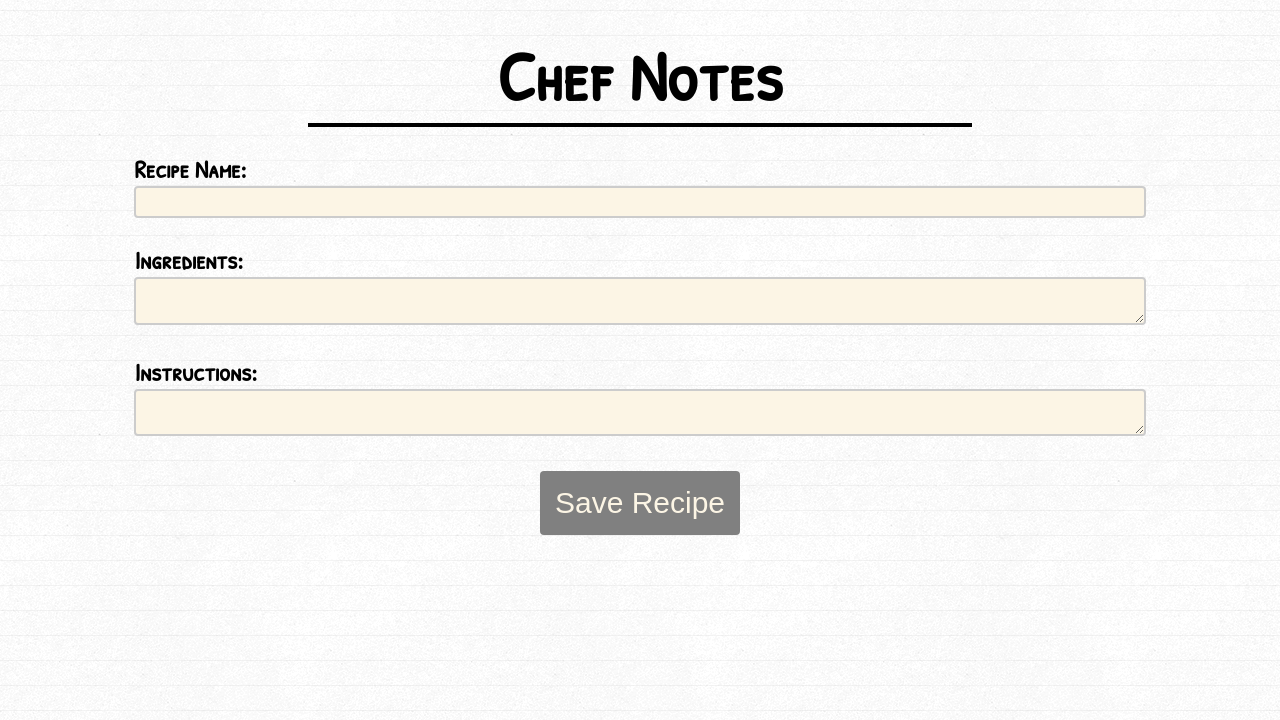
Repository: Chadloswald/RecipeSite
Page: index.html
An editor plug-in stored every save of this project. The page is shown before and after the next save, followed by the edit.
The browser window is 1280 px wide. The pictures show the whole page.

Above is the page before, as saved 2023-04-09 13:46:24.

### index.html
<!DOCTYPE html>
<html lang="en">
  <head>
    <meta charset="UTF-8">
    <title>ChefNotes</title>
    <style type="text/css">
      /* body {
      background-color: rgb(0,0,0);
      background-image: url(http://www.zingerbugimages.com/backgrounds/parchment_paper_wallpaper_texture_seamless.jpg);
      background-position: top left;
      background-repeat: repeat;
      background-attachment: fixed;
    } */
    </style>
    <link rel="stylesheet" href="style.css">
    <!-- <link rel="stylesheet" href="/bootstrap-5.3.0-alpha3-dist/bootstrap-5.3.0-alpha3-dist/css/bootstrap.min.css"> -->
  </head>
  <body>
    <h1>Chef Notes</h1>
    <form>
      <label for="name">Recipe Name:</label>
      <input type="text" id="name" name="name">
      <br>
      <label for="ingredients">Ingredients:</label>
      <textarea id="ingredients" name="ingredients"></textarea>
      <br>
      <label for="instructions">Instructions:</label>
      <textarea id="instructions" name="instructions"></textarea>
      <br>
      <button id="saveButton" type="button">Save Recipe</button>
      <!-- <button onclick="shareByEmail()">Share via Email</button> -->
    </form>
    <div id="recipe-list">
      <div class="recipe-line"></div>
    <div id="list"></div>
    </div>
    <script src="scripts.js"></script>
    <!-- <script src="/bootstrap-5.3.0-alpha3-dist/bootstrap-5.3.0-alpha3-dist/js/bootstrap.min.js"></script>
  <script src="path/to/bootstrap.min.js"></script> -->
  </body>
</html>

### style.css
@font-face {
  font-family: 'Patrick Hand';
  src: url('PatrickHandSC-Regular.ttf') format('truetype');
}

body {
  font-family: 'Patrick Hand', cursive;
  margin-top: 30px 0px 0px 0px;
  padding: 0;
  background-image: url("lined-paper-2.png");
}

h1 {
  text-align: center;
  padding: 20px 0 0 0;
  border-bottom: 4px solid black;
  margin: 0 300px;
  font-size: 70px;
}

/* @media (max-width: 600px) {
  h1 {
    font-size: xx-large;
    }
    label {
      font-size: larger;
    }
} */

form {
  width: 80%;
  margin: 0 auto;
}

label {
  display: block;
  font-weight: bold;
  margin-top: 1em;
  font-size: 25px;
}

input[type="text"], textarea {
  background-color: #FCF5E5;
  width: 100%;
  box-sizing: border-box;
  padding: 0.5em;
  border: 2px solid #ccc;
  border-radius: 4px;
}

button {
  display: block;
  margin: 1em auto;
  padding: 0.5em;
  border-radius: 4px;
  background-color: gray;
  color: #FCF5E5;
  font-size: 30px;
  border: none;
  cursor: pointer;
}

button:hover {
  background-color: #ADD8E6;
  color: black;
}

#recipe-list {
  width: 80%;
  margin: 1em auto;
  font-size: 25px;
}

h2 {
  font-size: 25px;
}

p {
  font-size: 20px;
}

.recipe-line {
  height: 1px;
	background-color: black;
	position: relative;
	margin-top: 30px;
	margin-bottom: 30px;
	left: 0;
	width: 50%;
  display: none;
}

.recipe:not(:last-child) .recipe-line {
  display: block;
  margin-left: 25%;
}

### scripts.js
document.addEventListener('DOMContentLoaded', function() {
  const save = document.getElementById('saveButton');
  const nameInput = document.getElementById('name');
  const ingredientsInput = document.getElementById('ingredients');
  const instructionsInput = document.getElementById('instructions');
  const recipeList = document.getElementById('list');

  save.addEventListener('click', function() {
    const name = nameInput.value;
    const ingredients = ingredientsInput.value;
    const instructions = instructionsInput.value;

    // check if recipe already exists in recipe list
    const existingRecipes = recipeList.querySelectorAll('.recipe');
    let alreadyExists = false;
    existingRecipes.forEach(existingRecipe => {
      if (existingRecipe.querySelector('h2').textContent === name &&
          existingRecipe.querySelector('.ingredients').textContent === `Ingredients: ${ingredients}` &&
          existingRecipe.querySelector('.instructions').textContent === `Instructions: ${instructions}`) {
        alreadyExists = true;
        return;
      }
    });

    if (alreadyExists) {
      alert('This recipe is already in the list.');
      return;
    }

    const recipe = document.createElement('div');
    const recipeName = document.createElement('h2');
    const recipeIngredients = document.createElement('p');
    recipeIngredients.classList.add('ingredients');
    const recipeInstructions = document.createElement('p');
    recipeInstructions.classList.add('instructions');
    const recipeLine = document.createElement('div');

    recipeLine.classList.add('recipe-line');
    recipe.appendChild(recipeLine);

    recipeName.innerText = name;
    recipeIngredients.innerText = `Ingredients: ${ingredients}`;
    recipeInstructions.innerText = `Instructions: ${instructions}`;

    recipe.appendChild(recipeName);
    recipe.appendChild(recipeIngredients);
    recipe.appendChild(recipeInstructions);

    recipeList.appendChild(recipe);

    recipeLine.style.display = 'block';

    // clear input fields
    nameInput.value = '';
    ingredientsInput.value = '';
    instructionsInput.value = '';
  });
});

After the next save:
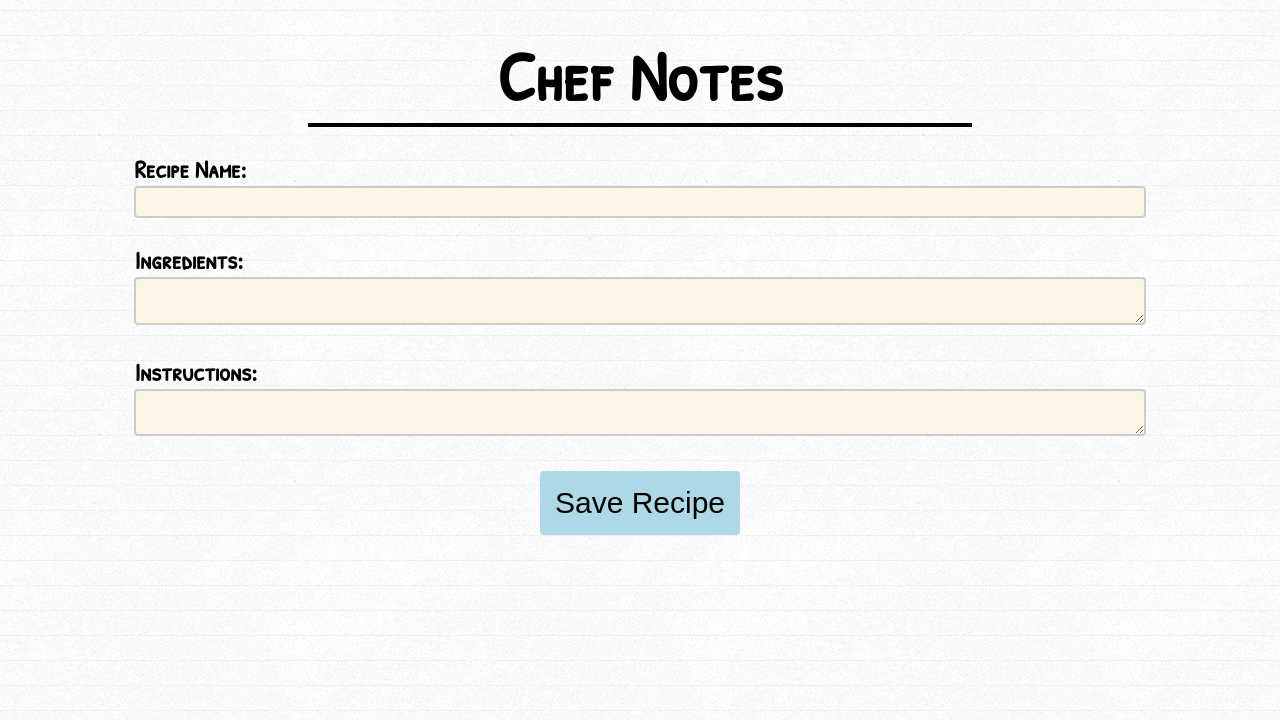
Saved 38 s later.
--- a/style.css
+++ b/style.css
@@ -53,16 +53,16 @@ button {
   margin: 1em auto;
   padding: 0.5em;
   border-radius: 4px;
-  background-color: gray;
-  color: #FCF5E5;
   font-size: 30px;
   border: none;
   cursor: pointer;
+  background-color: #ADD8E6;
+  color: black;
 }
 
 button:hover {
-  background-color: #ADD8E6;
-  color: black;
+  background-color: gray;
+  color: #FCF5E5;
 }
 
 #recipe-list {
